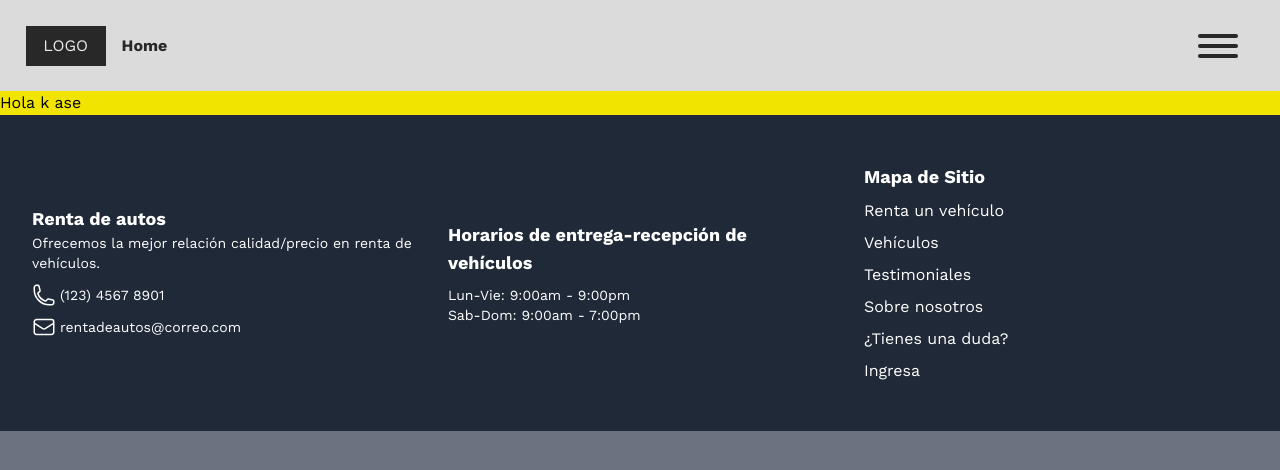
Repository: aldovelacasas/PF_RentCar2
Page: /
The author's editor kept a copy of each file at every save. The page is drawn from the files as they stood at one save, then again after the next save.
The browser window is 1280 px wide. The pictures show the whole page.
The project was rebuilt for these pictures with package versions that can differ from the ones it lists, and the page was loaded fresh each time. The framework's server and built-in components were replaced by stand-ins that run in the browser. Also part of the build but not shown: next.config.js.

Above is the page before, as saved 2023-08-30 09:46:13.

### src/app/layout.jsx
import "./globals.css";
import Navbar from "@/components/Navbar/Navbar";
import Footer from "@/components/footer";
import { Inter } from "next/font/google";

const inter = Inter({ subsets: ["latin"] });

export const metadata = {
  title: "Create Next App",
  description: "Generated by create next app",
};

export default function RootLayout({ children }) {
  return (
    <html lang="en">
      <body className={inter.className}>
        <Navbar />
        <div className="">{children}</div>
        <Footer />
      </body>
    </html>
  );
}

### src/app/page.jsx
function HomePage() {
  return (
    <div className="bg-amarillo_status">
      <p>Hola k ase</p>
    </div>
  );
}

export default HomePage;

### src/app/api/bookings/route.js
import { NextResponse } from "next/server";
import {conn} from "@/libs/mysql";

export async function POST (request) {
    try {
      const {userID, productID, fecha_inicio, fecha_fin,  }= await request.json();
      const statusB=1

      const result  = await conn.query("INSERT INTO bookings SET ?", {
          userID,
          productID,
          fecha_inicio,
          fecha_fin,
          statusB
      })

      return NextResponse.json({
          userID,
          productID,
          fecha_inicio,
          fecha_fin,
          statusB,
          id: result.insertId,

      })

    } catch (error) {
      console.log(error);
      return NextResponse.json(
      {
          message: error.message,
      },
      {
          status:500,
      }
      );
    }

  }

### src/app/api/products/[id]/route.js
import { NextResponse } from "next/server";
import {conn} from "@/libs/mysql"

export async function GET(request,{params}){
  try {
    const result = await conn.query("SELECT * FROM product WHERE id = ?", [params.id])
    if(result.length === 0 ){
        return NextResponse.json(
         {
            message: "producto no encontrado",
         },
         {
            status:404,
         }
        );
    }
    return NextResponse.json(result[0])
  } catch (error) {
    return NextResponse.json(
        {
            message:error.message,
        },
        {status: 500}
    )
  }
}

export async function DELETE (request,{params} ){
    try {
     const result = await conn.query("DELETE FROM product WHERE id = ?", [params.id]);
     if(result.affectedRows === 0){
         return NextResponse.json({message:"Producto no encontrado"},{status:404})
     }

     return new Response (null, {status: 204})
 } catch (error) {
     return NextResponse.json({message:error.message},{status:500})
 }
    }

export async  function PUT(request, {params}){
   try {
    const data = await request.json()
    const result = await conn.query("UPDATE product SET ? WHERE id = ?", [data , params.id])

    if (result.affectedRows === 0) {
        return NextResponse.json(
        {
            message: "producto no encontrado",
        },
        {
            status: 400,
        }
        )
    }
     const updateProduct = await conn.query("SELECT * FROM product WHERE id = ?", [params.id])

  return NextResponse.json(updateProduct[0])

   } catch (error) {
    return NextResponse.json(
        {
            message: error.message,
        },
        { status: 500}
    )
   }
}

### src/app/api/products/route.js
import { NextResponse } from "next/server";
import {conn} from "@/libs/mysql";

export async function GET(){
    try {
        const results = await conn.query("SELECT * FROM product");
        return NextResponse.json(results)

    } catch (error) {
        return NextResponse.json(
        {
          message: error.message,
        },
        {
            status:500,
        }

        );
    }
}

    export async function POST (request) {
  try {
    const {name, price, year, model, capacity, type, description, image, transmission,  }= await request.json();

    const result  = await conn.query("INSERT INTO product SET ?", {
        name,
        price,
        year,
        model,
        capacity,
        type,
        transmission,
        image,
        description

    })

    return NextResponse.json({
        name,
        price,
        year,
        model,
        capacity,
        type,
        transmission,
        image,
        description,
        id: result.insertId,

    })

  } catch (error) {
    console.log(error);
    return NextResponse.json(
    {
        message: error.message,
    },
    {
        status:500,
    }
    );
  }

}

### src/app/globals.css
@tailwind base;
@tailwind components;
@tailwind utilities;

body {
   @apply bg-gray-500; /* Fondo más claro */
   color: gray-800; /* Texto oscuro */
}

### src/components/NavBar/Navbar.jsx
"use client";

import Link from "next/link";
// import Image from "next/image";
import React, { useState } from "react";
// import Logo from "./Logo";
import NavItem from "./NavItem";
import "./nav.css";

const MENU_LIST = [
  { text: "Home", href: "/" },
  { text: "About", href: "/about" },
  { text: "Vehiculos", href: "/" },
  { text: "Testimoniales", href: "/" },
  { text: "Contáctanos", href: "/" },
  { text: "Ingresar", href: "/" },
];
const Navbar = () => {
  const [navActive, setNavActive] = useState(null);
  const [activeIdx, setActiveIdx] = useState(-1);

  return (
    <>
      <nav className={`nav navBar`}>
        <div className="boxLogo">
          <Link href="/about">
            <h1 className="logo">LOGO</h1>
          </Link>
          <div className="HomeLogo">
            <Link href="/">
              <span className="nav__item">Home</span>
            </Link>
          </div>
        </div>

        <div
          onClick={() => setNavActive(!navActive)}
          className={`nav__menu-bar`}>
          <div></div>
          <div></div>
          <div></div>
        </div>
        <div className={`${navActive ? "active" : ""} nav__menu-list`}>
          {MENU_LIST.map((menu, idx) => (
            <div
              onClick={() => {
                setActiveIdx(idx);
                setNavActive(false);
              }}
              key={menu.text}
              className={menu.text === "Home" ? "HomeMenu" : ""}>
              <NavItem
                active={activeIdx === idx}
                className={menu.text === "Home" ? "HomeMenu" : ""}
                {...menu}
              />
            </div>
          ))}
        </div>
      </nav>
    </>
  );
};

export default Navbar;

### src/components/footer.jsx
"use client";
import Link from "next/link";

function Footer() {
  return (
    <div className="bg-gray-800 text-white py-8 flex flex-col sm:flex-row justify-between items-center p-4 font-poppins">
      <div className="sm:w-1/3 p-4">
        <h3 className="text-lg font-semibold">Renta de autos</h3>
        <p className="text-sm">
          Ofrecemos la mejor relación calidad/precio en renta de vehículos.
        </p>
        <div className="flex items-center text-sm mt-2">
          <svg
            xmlns="http://www.w3.org/2000/svg"
            fill="none"
            viewBox="0 0 24 24"
            strokeWidth={1.5}
            stroke="currentColor"
            className="w-6 h-6">
            <path
              strokeLinecap="round"
              strokeLinejoin="round"
              d="M2.25 6.75c0 8.284 6.716 15 15 15h2.25a2.25 2.25 0 002.25-2.25v-1.372c0-.516-.351-.966-.852-1.091l-4.423-1.106c-.44-.11-.902.055-1.173.417l-.97 1.293c-.282.376-.769.542-1.21.38a12.035 12.035 0 01-7.143-7.143c-.162-.441.004-.928.38-1.21l1.293-.97c.363-.271.527-.734.417-1.173L6.963 3.102a1.125 1.125 0 00-1.091-.852H4.5A2.25 2.25 0 002.25 4.5v2.25z"
            />
          </svg>

          <span className="m-1">(123) 4567 8901</span>
        </div>
        <div className="flex items-center text-sm mt-1">
          <svg
            xmlns="http://www.w3.org/2000/svg"
            fill="none"
            viewBox="0 0 24 24"
            strokeWidth={1.5}
            stroke="currentColor"
            className="w-6 h-6">
            <path
              strokeLinecap="round"
              strokeLinejoin="round"
              d="M21.75 6.75v10.5a2.25 2.25 0 01-2.25 2.25h-15a2.25 2.25 0 01-2.25-2.25V6.75m19.5 0A2.25 2.25 0 0019.5 4.5h-15a2.25 2.25 0 00-2.25 2.25m19.5 0v.243a2.25 2.25 0 01-1.07 1.916l-7.5 4.615a2.25 2.25 0 01-2.36 0L3.32 8.91a2.25 2.25 0 01-1.07-1.916V6.75"
            />
          </svg>

          <span className="m-1"> rentadeautos@correo.com</span>
        </div>
      </div>
      <div className="sm:w-1/3 p-4 mt-4 sm:mt-0">
        <h4 className="text-lg font-semibold">
          Horarios de entrega-recepción de vehículos
        </h4>
        <p className="text-sm mt-2">
          Lun-Vie: 9:00am - 9:00pm
          <br />
          Sab-Dom: 9:00am - 7:00pm
        </p>
      </div>
      <div className="sm:w-1/3 p-4 mt-4 sm:mt-0 w-full">
        <h2 className="text-lg font-semibold">Mapa de Sitio</h2>
        <ul className="mt-2 space-y-2 sm:ml-0 sm:pl-0">
          <li className="text-red">
            <Link href="/rent" className="hover:font-bold">
              Renta un vehículo
            </Link>
          </li>
          <li>
            <Link href="/cars" className="hover:font-bold">
              Vehículos
            </Link>
          </li>
          <li>
            <Link href="/testimoniales" className="hover:font-bold">
              Testimoniales
            </Link>
          </li>
          <li>
            <Link href="/about" className="hover:font-bold">
              Sobre nosotros
            </Link>
          </li>
          <li>
            <Link href="/contact" className="hover:font-bold">
              ¿Tienes una duda?
            </Link>
          </li>
          <li>
            <Link href="/signin" className="hover:font-bold">
              Ingresa
            </Link>
          </li>
        </ul>
      </div>
    </div>
  );
}

export default Footer;

### src/components/NavBar/NavItem.jsx
import Link from "next/link";
const NavItem = ({ text, href, active }) => {
  const className =
    text === "Home"
      ? "nav__item HomeMenu"
      : `nav__item ${active ? "active" : ""}`;
  return (
    <Link href={href}>
      <span className={className}>{text}</span>
    </Link>
  );
};

export default NavItem;

### src/components/NavBar/nav.css
@import url("https://fonts.googleapis.com/css2?family=Work+Sans:wght@400;500;700&display=swap");
@import url("https://fonts.googleapis.com/css2?family=Rubik:wght@500&display=swap");
* {
  margin: 0;
  padding: 0;
  outline: none;
  box-sizing: border-box;
  font-family: "Work Sans", sans-serif;
}
a {
  text-decoration: none;
  color: inherit;
}
.navBar {
  position: sticky;
  z-index: 30;
  top: 0;
}
nav {
  font-family: "Rubik", sans-serif;
  display: flex;
  justify-content: space-between;
  align-items: center;
  background-color: #dbdbdb;
  color: #282828;
  padding: 2%;
}

.logo {
  background-color: #282828;
  color: #e9e9e9;
  width: 80px;
  text-align: center;
  padding: 0.5rem;
  font-size: 1rem;
}

.nav__menu-bar {
  display: flex;
  flex-direction: column;
  row-gap: 6px;
  cursor: pointer;
}
.nav__menu-bar div {
  width: 40px;
  height: 4px;
  background-color: #282828;
  margin-right: 1rem;
  border-radius: 2px;
}
.nav__menu-list {
  display: flex;
  flex-direction: column;
  position: fixed;
  top: 70px;
  width: 220px;
  row-gap: 24px;
  right: -300px;
  padding: 24px 16px;
  margin-top: 0rem;
  transition: all 0.2s;
  min-height: calc(100vh - 60px);
  font-size: 1rem;
  background-color: #f1f1f1;
}
.nav__menu-list.active {
  right: 0;
  top: 53px;
}
.nav__menu-list span {
  font-weight: 600;
  transition: all 0.3s;
}

.nav__menu-list span:hover {
  /* font-weight: bold; */
  color: #ea4f39;
}
.boxLogo {
  display: flex;
  align-items: center;
  gap: 1rem;
}

.HomeLogo {
  font-size: 1rem;
  font-weight: 600;
  transition: 0.3s;
}

.HomeLogo:hover {
  color: #ea4f39;
}
.center {
  min-height: 600px;
  display: flex;
  justify-content: center;
  align-items: center;
}

.HomeMenu {
  display: none;
}

@media screen and (min-width: 1100px) {
  /* nav {
    padding: 3%;
  }
  .HomeMenu {
    display: block;
  }
  .nav__menu-list {
    background-color: #dbdbdb;
  }
  .HomeLogo {
    display: none;
    font-size: 2rem;
  }
  .logo {
    background-color: #282828;
    color: #e9e9e9;
    width: 150px;
    text-align: center;
    padding: 1.5rem;
    font-size: 1.5rem;
  }
  .nav__menu-bar {
    display: none;
  }
  .nav__menu-list {
    position: unset;

    flex-direction: row;
    min-height: fit-content;
    width: fit-content;
    column-gap: 24px;
    align-items: center;
  }
  .nav__link::before {
    content: "";
    position: absolute;
    width: 0%;
    height: 6px;
    bottom: -16px;
    left: 0;
    background-color: black;

    transition: all 0.2s;
  }

  .nav__link:hover:before {
    width: 100%;
  } */
}

### tailwind.config.js
/** @type {import('tailwindcss').Config} */
module.exports = {
  content: [
    "./src/pages/**/*.{js,ts,jsx,tsx,mdx}",
    "./src/components/**/*.{js,ts,jsx,tsx,mdx}",
    "./src/app/**/*.{js,ts,jsx,tsx,mdx}",
  ],
  theme: {
    extend: {
      backgroundImage: {
        "gradient-radial": "radial-gradient(var(--tw-gradient-stops))",
        "gradient-conic":
          "conic-gradient(from 180deg at 50% 50%, var(--tw-gradient-stops))",
      },
      colors: {
        gris_fondo: "#dbdbdb",
        gris_frente: "#e9e9e9",
        negro_fondo: "#282828",
        naranja_enf: "#ea4f39",
        rojo_status: "#e30613",
        verde_status: "#4aaf4d",
        amarillo_status: "#f0e400",
      },
    },
  },
  plugins: [],
};

Loaded but not shown: src/app/api/bookings/[id]/route.js (no copy from this time; the picture is the same without it); src/app/api/create-payment-intent/route.js (no copy from this time; the picture is the same without it); src/app/api/post/[id]/route.js (no copy from this time; the picture is the same without it); src/app/api/post/route.js (no copy from this time; the picture is the same without it); src/app/api/users/[id]/route.js (no copy from this time; the picture is the same without it); src/app/api/users/route.js (no copy from this time; the picture is the same without it)

After the next save:
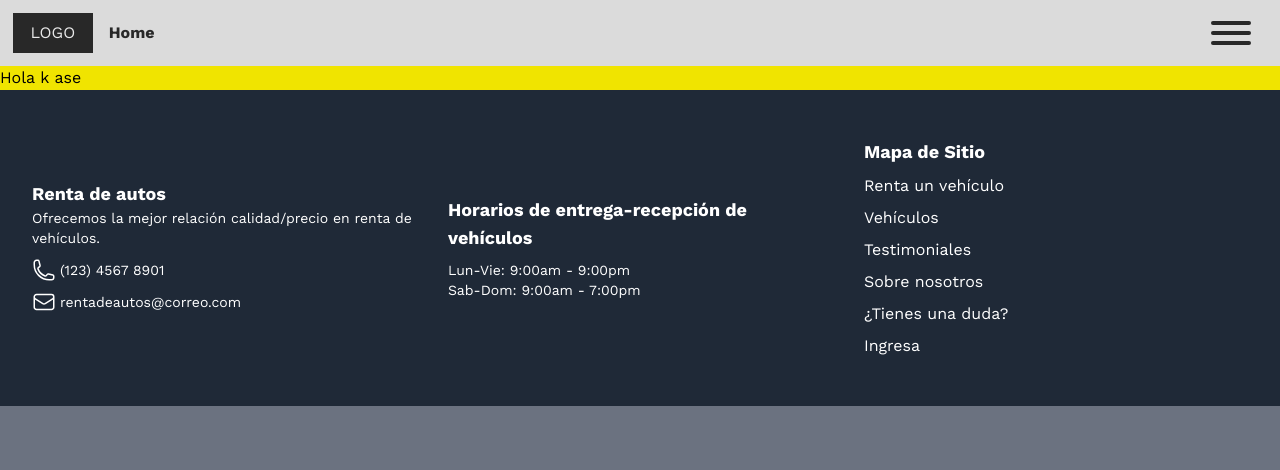
Saved 2 min 16 s later.
--- a/src/components/NavBar/nav.css
+++ b/src/components/NavBar/nav.css
@@ -102,7 +102,10 @@ nav {
   display: none;
 }
 
-@media screen and (min-width: 1100px) {
+@media (min-width: 50em) {
+  nav{
+    padding:1%;
+  }
   /* nav {
     padding: 3%;
   }
